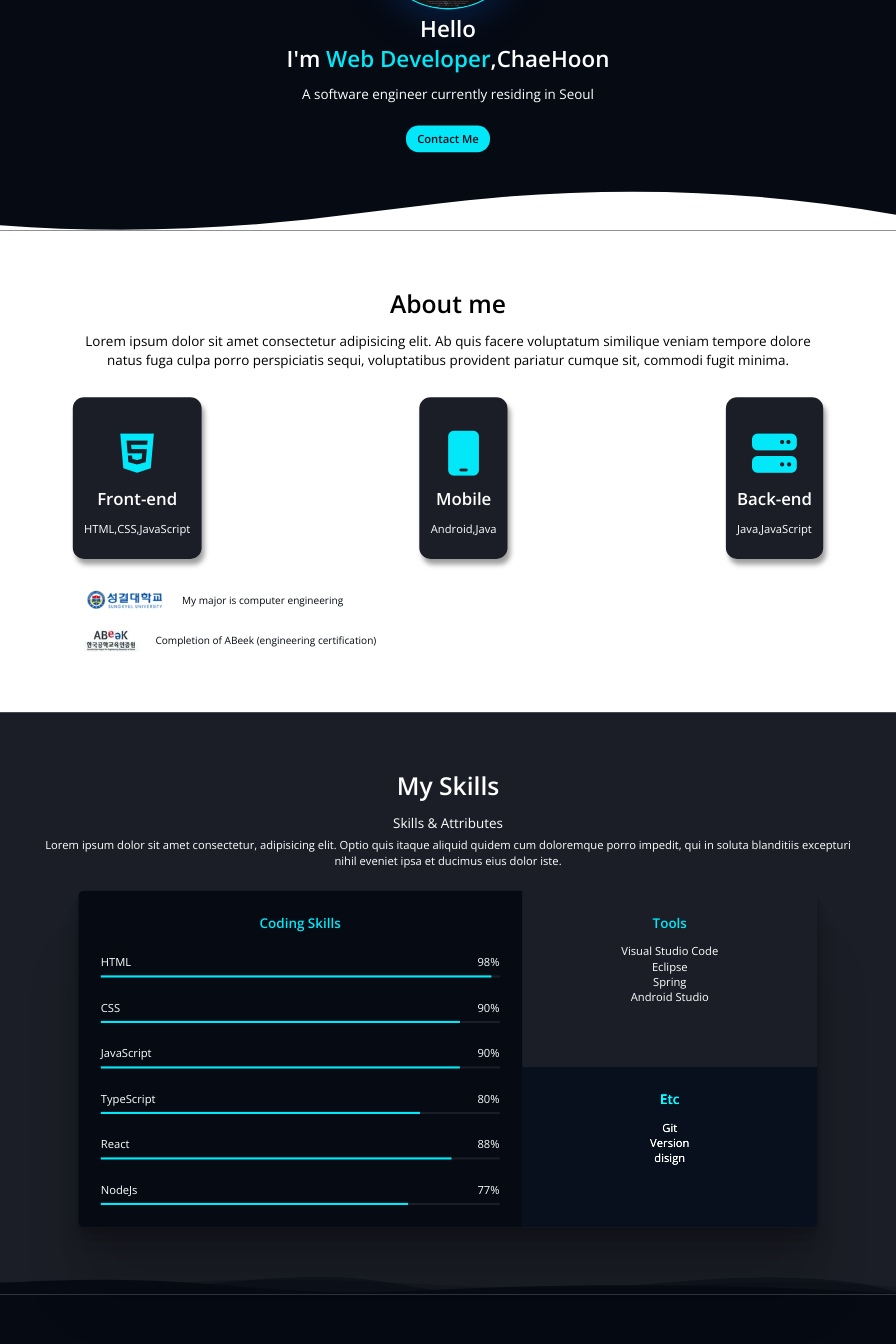
Repository: Iimchaehoon/portfollio
Page: index.html
The author's editor kept a copy of each file at every save. The page is drawn from the files as they stood at one save, then again after the next save.
The browser window is 1280 px wide. The pictures show the part of the page from y = 318 to 2238 px (the page is 4147 px tall before and 4277 px after), at 70% of full size.
Some web libraries are served in a nearby version.

Above is the page before, as saved 2023-07-18 22:03:42.

### index.html
<!-- 포트폴리오 프로젝트 시작 -->
<!DOCTYPE html>
<html lang="en">
  <head>
    <meta charset="UTF-8" />
    <meta name="viewport" content="width=device-width, initial-scale=1.0" />
    <!-- SEO -->
    <title>ChaeHoon&#39;s Portfolio</title>
    <meta name="description" content="Portfolio for ChaeHoon " />
    <meta name="autohor" content="LimChaeHoon" />
    <!-- favicon -->
    <link rel="shortcut icon" href="images/favicon.ico" type="image/x-icon" />
    <!-- OG(Open Graph data) -->
    <meta property="og:title" content="채훈의 포트폴리오" />
    <meta property="og:type" content="website" />
    <!-- OG URL이미지 -->
    <meta property="og:url" content="http://chaehoon.com/" />
    <!-- OG 이미지 -->
    <meta property="og:image" content="http://chaehoon.com/images/og.webp" />
    <!-- Google Fonts -->
    <link
      href="https://fonts.googleapis.com/css2?family=DM+Sans:wght@400;700&family=Lato&family=Mulish&family=Noto+Sans+KR:wght@100;300;400;500;700&family=Open+Sans:wght@400;600&display=swap"
      rel="stylesheet"
    />
    <!-- Font Awesome -->
    <script
      src="https://kit.fontawesome.com/1e606f2a97.js"
      crossorigin="anonymous"
    ></script>
    <!-- CSS -->
    <link rel="stylesheet" href="css/style.css" />
    <!-- JavaScript -->
    <script type="module" src="src/main.js" defer></script>
    <script type="module" src="src/projects.js" defer></script>
    <script type="module" src="src/active_menu.js" defer></script>
    <!-- defer: html문서를 분석 후 script다운로드 실행 -->
    <!-- type= "module" => 자바스크립트 파일 모듈화(다른 js파일에서 접근 못함) -->
  </head>
  <body>
    <!-- Header -->
    <header class="header">
      <div class="header__logo">
        <img class="header__logo__img" src="images/favicon.ico" alt="logo" />
        <h1 class="header__logo__title"><a href="#">LimChaeHoon</a></h1>
      </div>
      <nav class="header__nav">
        <ul class="header__menu">
          <li><a class="header__menu__item active" href="#home">Home</a></li>
          <li><a class="header__menu__item" href="#about">About</a></li>
          <li><a class="header__menu__item" href="#skills">Skills</a></li>
          <li><a class="header__menu__item" href="#work">My work</a></li>
          <li>
            <a class="header__menu__item" href="#testimonial">Testimonial</a>
          </li>
          <li><a class="header__menu__item" href="#contact">Contact</a></li>
        </ul>
      </nav>
      <button class="header__toggle" aria-label="navigation menu toggle">
        <i class="fa-solid fa-bars"></i>
      </button>
    </header>
    <!-- Main -->
    <main>
      <!-- Home -->
      <section id="home">
        <div class="home__container">
          <img
            class="home__avatar"
            src="images/profile.png"
            alt="chaehoon's profile"
          />
          <h2 class="home__title">
            Hello <br />
            I&#39;m
            <strong class="home__title--strong">Web Developer</strong
            >&#44;ChaeHoon
          </h2>
          <p class="home__description">
            A software engineer currently residing in Seoul
          </p>
          <a class="home__contact" href="#contact">Contact Me</a>
        </div>
        <div class="custom-shape-divider-bottom-1689682790">
          <svg
            data-name="Layer 1"
            xmlns="http://www.w3.org/2000/svg"
            viewBox="0 0 1200 120"
            preserveAspectRatio="none"
          >
            <path
              d="M321.39,56.44c58-10.79,114.16-30.13,172-41.86,82.39-16.72,168.19-17.73,250.45-.39C823.78,31,906.67,72,985.66,92.83c70.05,18.48,146.53,26.09,214.34,3V0H0V27.35A600.21,600.21,0,0,0,321.39,56.44Z"
              class="shape-fill"
            ></path>
          </svg>
        </div>
      </section>

      <!-- About -->
      <section id="about" class="section max-container">
        <h2 class="title">About me</h2>
        <p class="description">
          Lorem ipsum dolor sit amet consectetur adipisicing elit. Ab quis
          facere voluptatum similique veniam tempore dolore natus fuga culpa
          porro perspiciatis sequi, voluptatibus provident pariatur cumque sit,
          commodi fugit minima.
        </p>
        <ul class="majors">
          <li class="major">
            <i class="fa-brands fa-html5 major__icon"></i>
            <p class="major__title">Front-end</p>
            <p>HTML,CSS,JavaScript</p>
          </li>
          <li class="major">
            <i class="fa-solid fa-mobile major__icon"></i>
            <p class="major__title">Mobile</p>
            <p>Android,Java</p>
          </li>
          <li class="major">
            <i class="fa-solid fa-server major__icon"></i>
            <p class="major__title">Back-end</p>
            <p>Java,JavaScript</p>
          </li>
        </ul>
        <ul class="jobs">
          <li class="job">
            <img src="images/jobs/sungkyul.png" alt="sungkyul university" />
            <div>
              <p class="job__name">My major is computer engineering</p>
            </div>
          </li>
          <li class="job">
            <img src="images/jobs/ABeek.jpg" alt="abeek" />
            <div>
              <p class="job__name">
                Completion of ABeek (engineering certification)
              </p>
            </div>
          </li>
        </ul>
      </section>
      <!-- My skills -->
      <section id="skills" class="section">
        <div class="max-container">
          <h2 class="title">My Skills</h2>
          <p class="description">Skills & Attributes</p>
          <p>
            Lorem ipsum dolor sit amet consectetur, adipisicing elit. Optio quis
            itaque aliquid quidem cum doloremque porro impedit, qui in soluta
            blanditiis excepturi nihil eveniet ipsa et ducimus eius dolor iste.
          </p>
          <div class="skills-container">
            <section class="skills__coding">
              <h3 class="skills__title">Coding Skills</h3>
              <ul>
                <li class="bar">
                  <div class="bar__metadata">
                    <span>HTML</span><span>98%</span>
                  </div>
                  <div class="bar__bg">
                    <div class="bar__value" style="width: 98%"></div>
                  </div>
                </li>
                <li class="bar">
                  <div class="bar__metadata">
                    <span>CSS</span><span>90%</span>
                  </div>
                  <div class="bar__bg">
                    <div class="bar__value" style="width: 90%"></div>
                  </div>
                </li>
                <li class="bar">
                  <div class="bar__metadata">
                    <span>JavaScript</span><span>90%</span>
                  </div>
                  <div class="bar__bg">
                    <div class="bar__value" style="width: 90%"></div>
                  </div>
                </li>
                <li class="bar">
                  <div class="bar__metadata">
                    <span>TypeScript</span><span>80%</span>
                  </div>
                  <div class="bar__bg">
                    <div class="bar__value" style="width: 80%"></div>
                  </div>
                </li>
                <li class="bar">
                  <div class="bar__metadata">
                    <span>React</span><span>88%</span>
                  </div>
                  <div class="bar__bg">
                    <div class="bar__value" style="width: 88%"></div>
                  </div>
                </li>
                <li class="bar">
                  <div class="bar__metadata">
                    <span>NodeJs</span><span>77%</span>
                  </div>
                  <div class="bar__bg">
                    <div class="bar__value" style="width: 77%"></div>
                  </div>
                </li>
              </ul>
            </section>
            <section class="skills__tools">
              <h3 class="skills__title">Tools</h3>
              <ul>
                <li>Visual Studio Code</li>
                <li>Eclipse</li>
                <li>Spring</li>
                <li>Android Studio</li>
              </ul>
            </section>
            <section class="skills__etc">
              <h3 class="skills__title">Etc</h3>
              <ul>
                <li>Git</li>
                <li>Version</li>
                <li>disign</li>
              </ul>
            </section>
          </div>
        </div>
        <div class="skills__divider">
          <svg
            data-name="Layer 1"
            xmlns="http://www.w3.org/2000/svg"
            viewBox="0 0 1200 120"
            preserveAspectRatio="none"
          >
            <path
              d="M0,0V46.29c47.79,22.2,103.59,32.17,158,28,70.36-5.37,136.33-33.31,206.8-37.5C438.64,32.43,512.34,53.67,583,72.05c69.27,18,138.3,24.88,209.4,13.08,36.15-6,69.85-17.84,104.45-29.34C989.49,25,1113-14.29,1200,52.47V0Z"
              opacity=".25"
              class="shape-fill"
            ></path>
            <path
              d="M0,0V15.81C13,36.92,27.64,56.86,47.69,72.05,99.41,111.27,165,111,224.58,91.58c31.15-10.15,60.09-26.07,89.67-39.8,40.92-19,84.73-46,130.83-49.67,36.26-2.85,70.9,9.42,98.6,31.56,31.77,25.39,62.32,62,103.63,73,40.44,10.79,81.35-6.69,119.13-24.28s75.16-39,116.92-43.05c59.73-5.85,113.28,22.88,168.9,38.84,30.2,8.66,59,6.17,87.09-7.5,22.43-10.89,48-26.93,60.65-49.24V0Z"
              opacity=".5"
              class="shape-fill"
            ></path>
            <path
              d="M0,0V5.63C149.93,59,314.09,71.32,475.83,42.57c43-7.64,84.23-20.12,127.61-26.46,59-8.63,112.48,12.24,165.56,35.4C827.93,77.22,886,95.24,951.2,90c86.53-7,172.46-45.71,248.8-84.81V0Z"
              class="shape-fill"
            ></path>
          </svg>
        </div>
      </section>
      <!-- My work -->
      <section id="work" class="section">
        <div class="max-container">
          <h2 class="title">My Work</h2>
          <p class="description">Projects</p>
          <ul class="categories">
            <li>
              <button class="category category--selected" data-category="all">
                All <span class="category__count">8</span>
              </button>
            </li>
            <li>
              <button class="category" data-category="front-end">
                Front-end <span class="category__count">3</span>
              </button>
            </li>
            <li>
              <button class="category" data-category="back-end">
                Back-end <span class="category__count">3</span>
              </button>
            </li>
            <li>
              <button class="category" data-category="mobile">
                Mobile <span class="category__count">2</span>
              </button>
            </li>
          </ul>
          <ul class="projects">
            <li class="project" data-type="front-end">
              <a href="#" target="_blank"
                ><img
                  src="images/projects/project1.webp"
                  alt="project1"
                  class="project__img"
                />
                <div class="project__metadata">
                  <h3 class="project__title">Project #1</h3>

                  <p>Clone Coding with HTML</p>
                </div></a
              >
            </li>
            <li class="project" data-type="front-end">
              <a href="#" target="_blank"
                ><img
                  src="images/projects/project2.webp"
                  alt="project2"
                  class="project__img"
                />
                <div class="project__metadata">
                  <h3 class="project__title">Project #2</h3>
                  <p>Clone Coding with HTML,CSS</p>
                </div></a
              >
            </li>
            <li class="project" data-type="front-end">
              <a href="#" target="_blank"
                ><img
                  src="images/projects/project3.webp"
                  alt="project3"
                  class="project__img"
                />
                <div class="project__metadata">
                  <h3 class="project__title">Project #3</h3>
                  <p>Clone Coding with HTML</p>
                </div></a
              >
            </li>
            <li class="project" data-type="back-end">
              <a href="#" target="_blank"
                ><img
                  src="images/projects/project4.webp"
                  alt="project4"
                  class="project__img"
                />
                <div class="project__metadata">
                  <h3 class="project__title">Project #4</h3>
                  <p>Clone Coding with HTML</p>
                </div></a
              >
            </li>
            <li class="project" data-type="back-end">
              <a href="#" target="_blank"
                ><img
                  src="images/projects/project5.webp"
                  alt="project5"
                  class="project__img"
                />
                <div class="project__metadata">
                  <h3 class="project__title">Project #5</h3>
                  <p>Clone Coding with HTML</p>
                </div></a
              >
            </li>
            <li class="project" data-type="back-end">
              <a href="#" target="_blank"
                ><img
                  src="images/projects/project6.webp"
                  alt="project6"
                  class="project__img"
                />
                <div class="project__metadata">
                  <h3 class="project__title">Project #6</h3>
                  <p>Clone Coding with HTML</p>
                </div></a
              >
            </li>
            <li class="project" data-type="mobile">
              <a href="#" target="_blank"
                ><img
                  src="images/projects/project7.webp"
                  alt="project7"
                  class="project__img"
                />
                <div class="project__metadata">
                  <h3 class="project__title">Project #7</h3>
                  <p>Clone Coding with HTML</p>
                </div></a
              >
            </li>
            <li class="project" data-type="mobile">
              <a href="#" target="_blank"
                ><img
                  src="images/projects/project8.webp"
                  alt="project8"
                  class="project__img"
                />
                <div class="project__metadata">
                  <h3 class="project__title">Project #8</h3>
                  <p>Clone Coding with HTML</p>
                </div></a
              >
            </li>
          </ul>
        </div>
      </section>
      <!-- Testimonials -->
      <section id="testimonial" class="section max-container">
        <h2 class="title">Testimonials</h2>
        <p class="description">See what they say about me</p>
        <ul class="testimonials">
          <li class="testimonial">
            <img
              src="images/testimonials/people1.webp"
              alt="people1"
              class="testimonial__img"
            />
            <div class="testimonial__bubble">
              <p>
                Lorem, ipsum dolor sit amet consectetur adipisicing elit.
                Deleniti, ut iusto. Modi qui unde repellendus corporis placeat,
                ex cumque maiores praesentium optio doloremque alias, odit iusto
                velit commodi autem vitae!
              </p>
              <p><a href="#" class="testimonial__bubble__name">James Kim</a></p>
            </div>
          </li>
          <li class="testimonial">
            <img
              src="images/testimonials/people2.webp"
              alt="people2"
              class="testimonial__img"
            />
            <div class="testimonial__bubble">
              <p>
                Lorem, ipsum dolor sit amet consectetur adipisicing elit.
                Deleniti, ut iusto. Modi qui unde repellendus corporis placeat,
                ex cumque maiores praesentium optio doloremque alias, odit iusto
                velit commodi autem vitae!
              </p>
              <p><a href="#" class="testimonial__bubble__name">Anna Jin</a></p>
            </div>
          </li>
          <li class="testimonial">
            <img
              src="images/testimonials/people3.webp"
              alt="people3"
              class="testimonial__img"
            />
            <div class="testimonial__bubble">
              <p>
                Lorem, ipsum dolor sit amet consectetur adipisicing elit.
                Deleniti, ut iusto. Modi qui unde repellendus corporis placeat,
                ex cumque maiores praesentium optio doloremque alias, odit iusto
                velit commodi autem vitae!
              </p>
              <p><a href="#" class="testimonial__bubble__name">Anna Jin</a></p>
            </div>
          </li>
        </ul>
      </section>
      <!-- Arrow up -->
      <aside>
        <!-- a태그안에 아무런 텍스트가 없는 상황 => 스크린 리더기가 읽을 수 없음 -->
        <!-- 웹 접근성을 위해 title속성에 a태그 설명추가 => 의미전달-->
        <a href="#home" title="back to top" class="arrow-up">
          <i class="fa-solid fa-arrow-up"></i>
        </a>
      </aside>
    </main>
    <!-- footer -->
    <footer id="contact" class="section">
      <div class="max-container">
        <h2 class="title">Let &#39;s talk</h2>
        <p class="description">ch05108@naver.com</p>
        <ul class="contact__links">
          <li>
            <a
              class="contact__link"
              href="https://github.com/Iimchaehoon"
              title="chaehoon&#39;s github"
              target="_blank"
            >
              <i class="fa-brands fa-github"></i>
            </a>
            <a
              class="contact__link"
              href="mailto:ch05108@naver.com"
              title="chaehoon&#39;s mailto"
              target="_blank"
            >
              <i class="fa-solid fa-envelope-circle-check"></i>
            </a>
          </li>
        </ul>
        <p>ⓒLimChaeHoon - All rights reserved</p>
      </div>
      <div class="custom-shape-divider-top-1689682932">
        <svg
          data-name="Layer 1"
          xmlns="http://www.w3.org/2000/svg"
          viewBox="0 0 1200 120"
          preserveAspectRatio="none"
        >
          <path
            d="M649.97 0L550.03 0 599.91 54.12 649.97 0z"
            class="shape-fill"
          ></path>
        </svg>
      </div>
    </footer>
  </body>
</html>

Loaded but not shown: src/active_menu.js (55 lines, source omitted); src/main.js (48 lines, source omitted); src/projects.js (37 lines, source omitted); css/style.css (585 lines, source omitted)

After the next save:
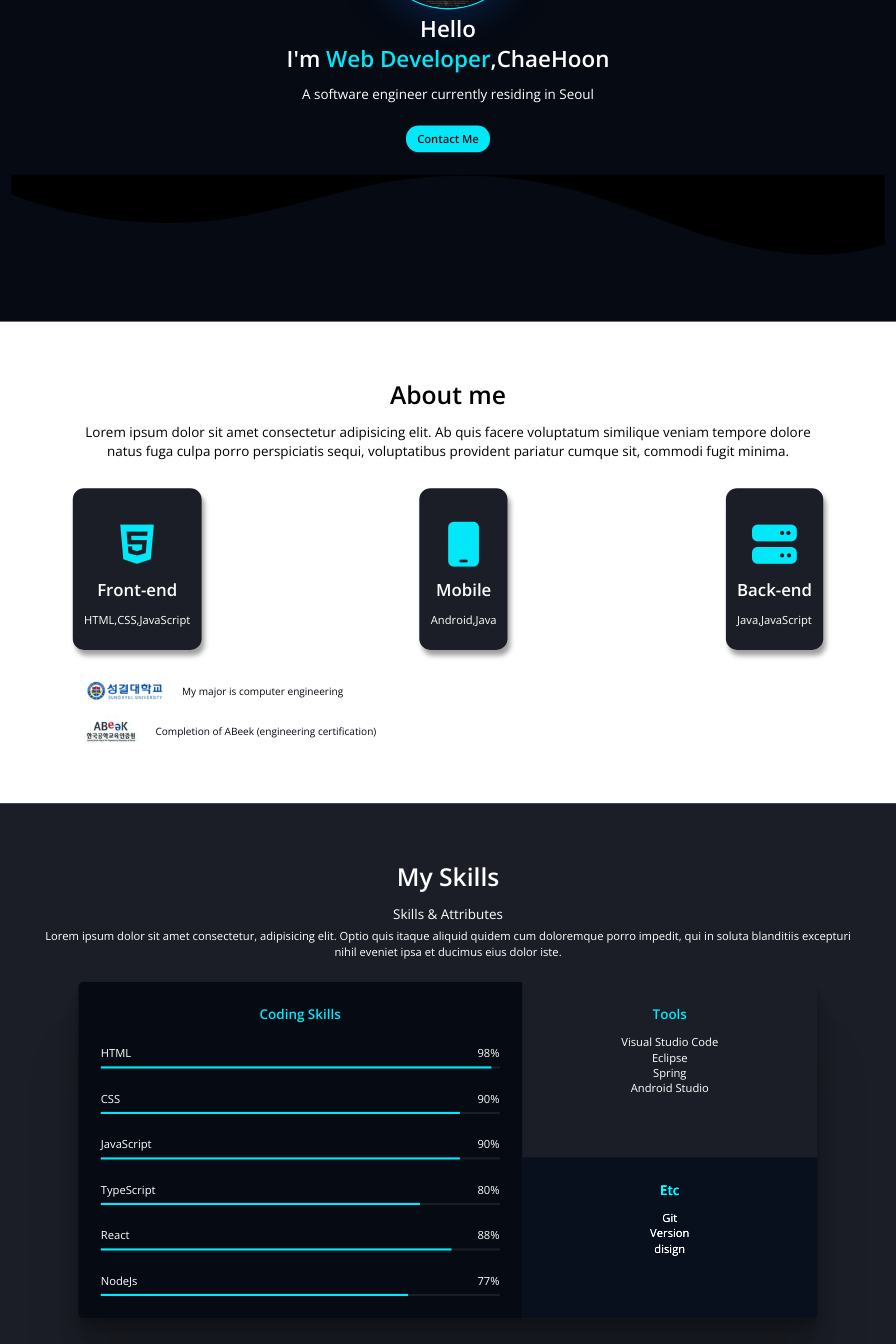
Saved 56 s later.
--- a/index.html
+++ b/index.html
@@ -80,7 +80,7 @@
           </p>
           <a class="home__contact" href="#contact">Contact Me</a>
         </div>
-        <div class="custom-shape-divider-bottom-1689682790">
+        <div class="home__divider">
           <svg
             data-name="Layer 1"
             xmlns="http://www.w3.org/2000/svg"
